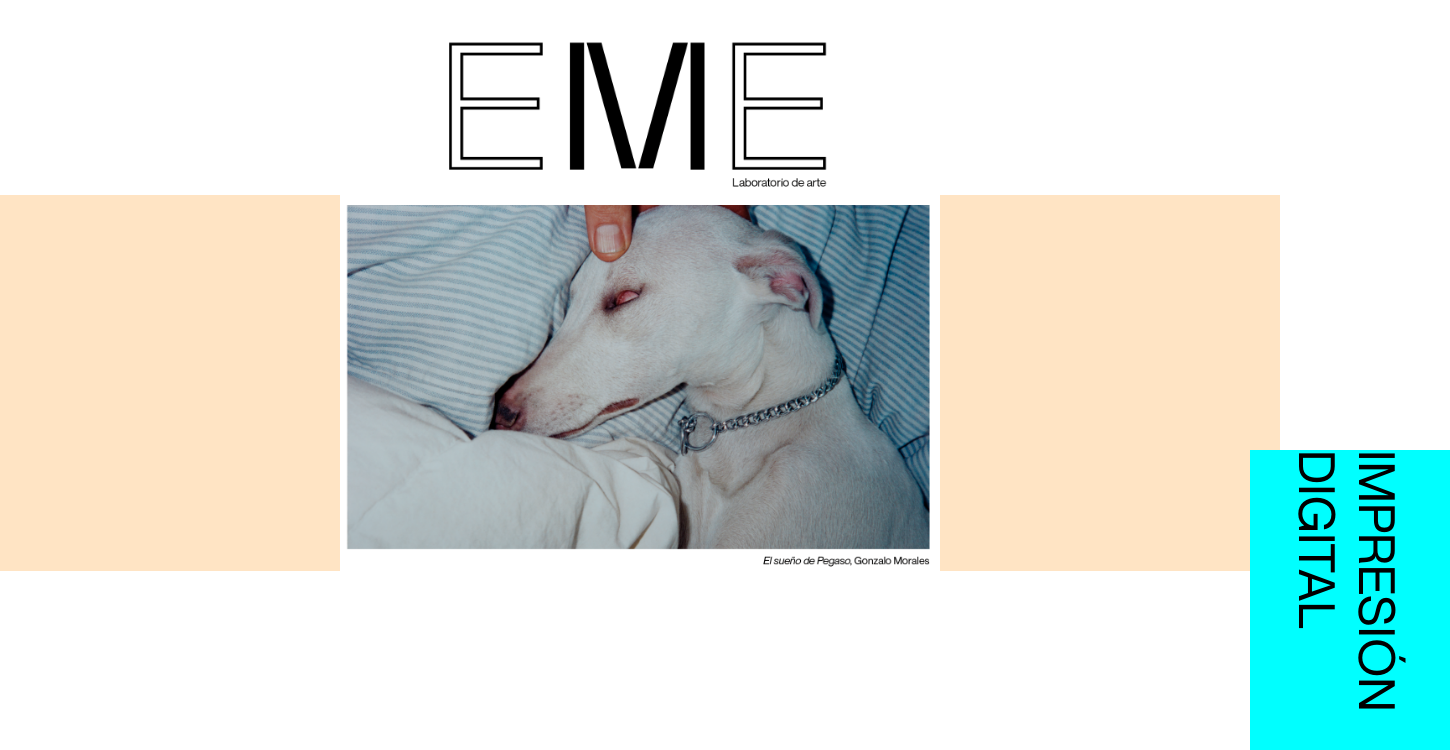
Repository: Manuelujano/eme-lab
Page: /
These files come from the project's save history. The page is drawn as it stood at one moment and after the next save; the edit follows.
The browser window is 1280 px wide. The page is 1450 px wide, so the pictures cover 1450 px, including what lies to the right of the window. The pictures show the whole page.
Some web fonts or font styles are not loaded; a fallback is used. The project was rebuilt for these pictures with package versions that can differ from the ones it lists, and the page was loaded fresh each time. Also part of the build but not shown: src/components/Motion.js, src/components/Prueba.js, src/components/Digital.js, src/components/Trail.js.

Above is the page before, as saved 2020-10-26 12:54:12.

After the next save:
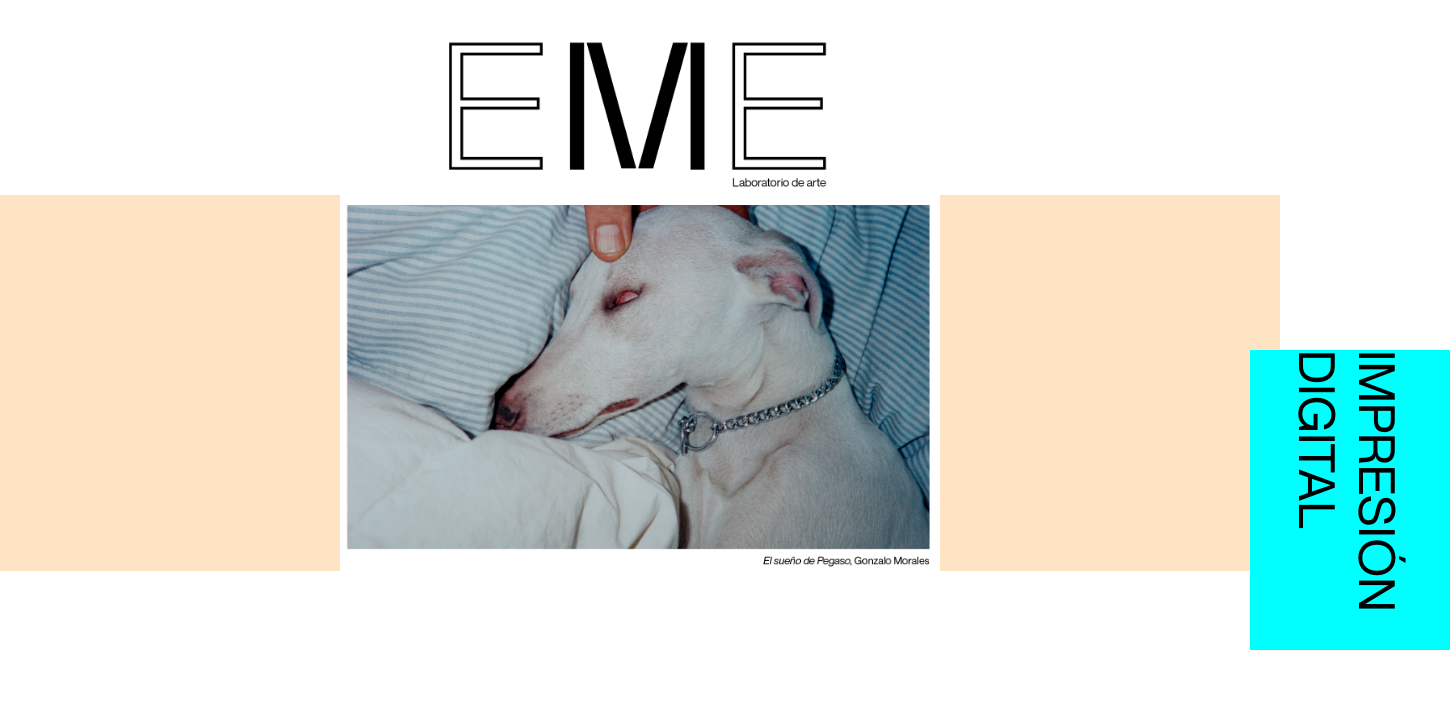
Saved 5 s later.
--- a/src/index.css
+++ b/src/index.css
@@ -76,7 +76,7 @@ code {
 }
 .contdig {
   position: absolute;
-  top: 500px;
+  top: 400px;
   left: 1200px;
   width: 300px;
   height: 200px;
